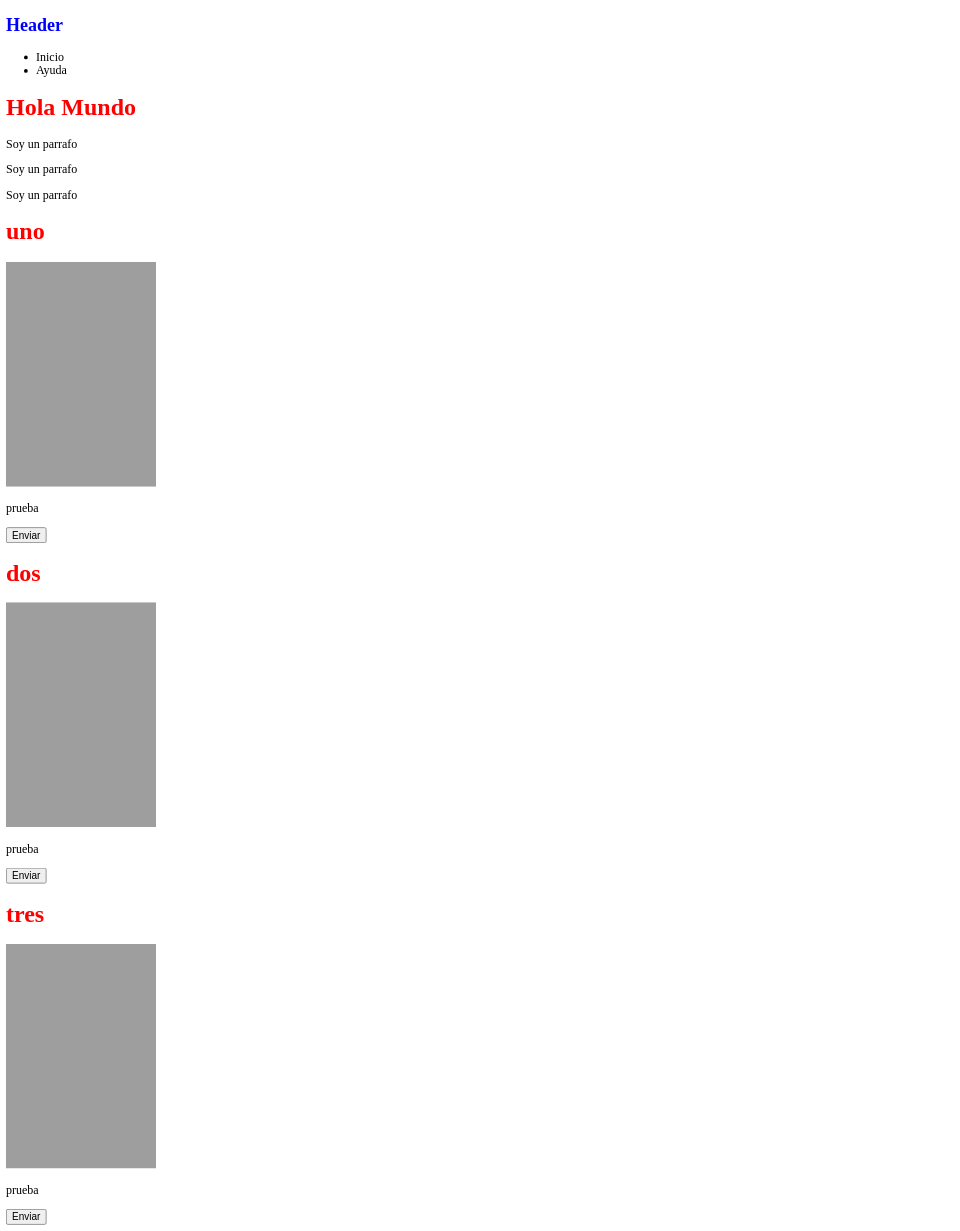
Repository: Klauditha/desafio_modulo_react
Page: / (app in 01_Introduccion/ClasePrincipal/)
These files come from the project's save history. The page is drawn as it stood at one moment and after the next save; the edit follows.
The browser window is 1280 px wide. The pictures show the whole page, at 75% of full size.
Pictures or frames that could not be fetched are drawn as grey boxes. The project was rebuilt for these pictures with package versions that can differ from the ones it lists, and the page was loaded fresh each time. Also part of the build but not shown: 01_Introduccion/ClasePrincipal/vite.config.js, 01_Introduccion/ClasePrincipal/src/index.css.

Above is the page before, as saved 2023-09-07 23:59:42.

### 01_Introduccion/ClasePrincipal/src/App.jsx
import "./App.css";
import { Card } from "./components/Card";
import Header from "./components/Header";

const App = () => {
  return (
    //Uso de Fragment <>
    <>
      <Header />
      <h1>Hola Mundo</h1>
      <p>Soy un parrafo</p>
      <p>Soy un parrafo</p>
      <p>Soy un parrafo</p>
      <div className="container">
      <Card titulo="uno" imagen="https://picsum.photos/200/300" texto="prueba"/>
      <Card titulo="dos" imagen="https://picsum.photos/seed/picsum/200/300" texto="prueba"/>
      <Card titulo="tres" imagen="https://picsum.photos/200/300" texto="prueba"/>
      </div>

    </>
  );
};

export default App;

### 01_Introduccion/ClasePrincipal/src/App.css
h1{
  color:red;
}

h2{
  color:blue
}

### 01_Introduccion/ClasePrincipal/src/components/Card.jsx
/* eslint-disable react/prop-types */
export const Card = ({titulo, imagen, texto}) => {
  return (
    <>
    <h1>{titulo}</h1>
    <img src={imagen}/>
    <p>{texto}</p>
    <button>Enviar</button>
    </>
  )
}

### 01_Introduccion/ClasePrincipal/src/components/Header.jsx
import Enlaces from "./Enlaces";

const Header = () => {
  return (
    <>
      <h2>Header</h2>
      <Enlaces/>
    </>
  );
};

export default Header;

### 01_Introduccion/ClasePrincipal/src/components/Enlaces.jsx
export const Enlaces = () => {
  return (
    <div>
      <ul>
        <li>Inicio</li>
        <li>Ayuda</li>
      </ul>
    </div>
  );
};

export default Enlaces;

Loaded but not shown: 01_Introduccion/ClasePrincipal/index.html (common file); 01_Introduccion/ClasePrincipal/src/main.jsx (common file)

After the next save:
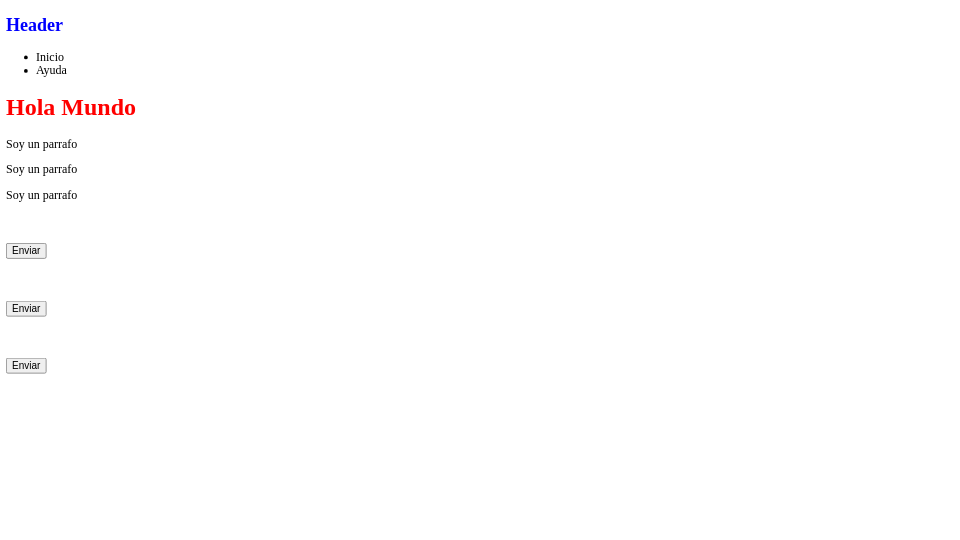
Saved 8 s later.
--- a/01_Introduccion/ClasePrincipal/src/components/Card.jsx
+++ b/01_Introduccion/ClasePrincipal/src/components/Card.jsx
@@ -1,5 +1,5 @@
 /* eslint-disable react/prop-types */
-export const Card = ({titulo, imagen, texto}) => {
+export const Card = (...{titulo, imagen, texto}) => {
   return (
     <>
     <h1>{titulo}</h1>

After the save that followed:
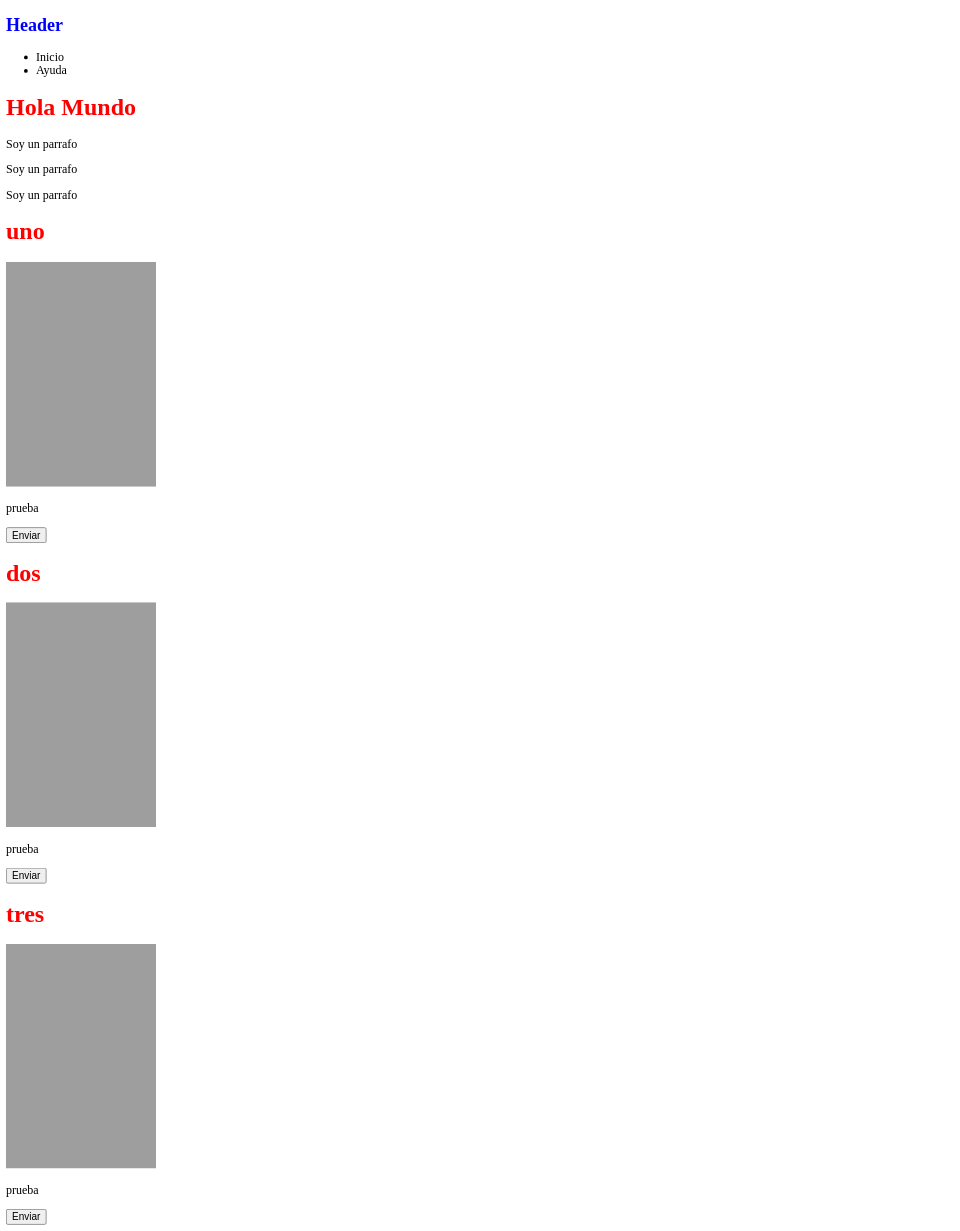
Saved 81 s later.
--- a/01_Introduccion/ClasePrincipal/src/components/Card.jsx
+++ b/01_Introduccion/ClasePrincipal/src/components/Card.jsx
@@ -1,5 +1,5 @@
 /* eslint-disable react/prop-types */
-export const Card = (...{titulo, imagen, texto}) => {
+export const Card = ({titulo, imagen, texto}) => {
   return (
     <>
     <h1>{titulo}</h1>
